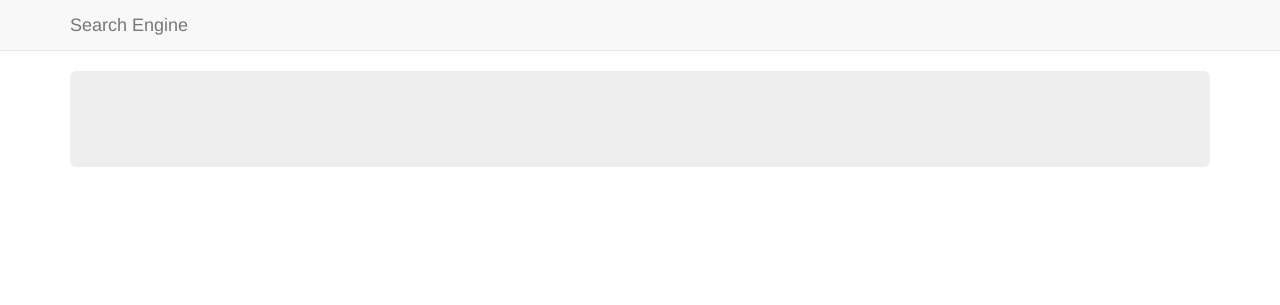
Repository: fallingcoconut/CS121
Page: http://localhost/Webserver/Results.jsp
These files come from the project's save history. The page is drawn as it stood at one moment and after a run of saves; the edit follows.
The browser window is 1280 px wide. The pictures show the whole page.
The page is served by Tomcat 9. Nobody is signed in. The application's start-up code is not run. Other server files are loaded and not shown.

Above is the page before, as saved 2015-06-08 02:49:16.

### Webserver/WebContent/Results.jsp
<%@ page language="java" contentType="text/html; charset=UTF-8"
    pageEncoding="UTF-8"%>
<!DOCTYPE html PUBLIC "-//W3C//DTD HTML 4.01 Transitional//EN" "http://www.w3.org/TR/html4/loose.dtd">
<html>
<head>
<meta http-equiv="Content-Type" content="text/html; charset=UTF-8">
<title>Insert title here</title>
<link rel="stylesheet" href="https://maxcdn.bootstrapcdn.com/bootstrap/3.3.4/css/bootstrap.min.css">
</head>
<body>
	<!--header-->
	<div>
		<nav class="navbar navbar-default navbar-static-top">
			<div class="container">
				<div class="navbar-header">
					<button type="button" class="navbar-toggle collapsed" data-toggle="collapse" data-target="#navbar" aria-expanded="false" aria-controls="navbar">
		            <span class="sr-only">Toggle navigation</span>
		            <span class="icon-bar"></span>
		            <span class="icon-bar"></span>
		            <span class="icon-bar"></span>
		         	</button>
		         	<a class="navbar-brand" href="#">Search Engine</a>
				</div>
			</div>
		</nav>
	</div>

	<div class="container">

	<!-- input box -->
	<div>
	</div>

	<!-- returned results-->
	<div class="jumbotron">
	</div>

	</div>
</body>
</html>

After the next 2 saves:
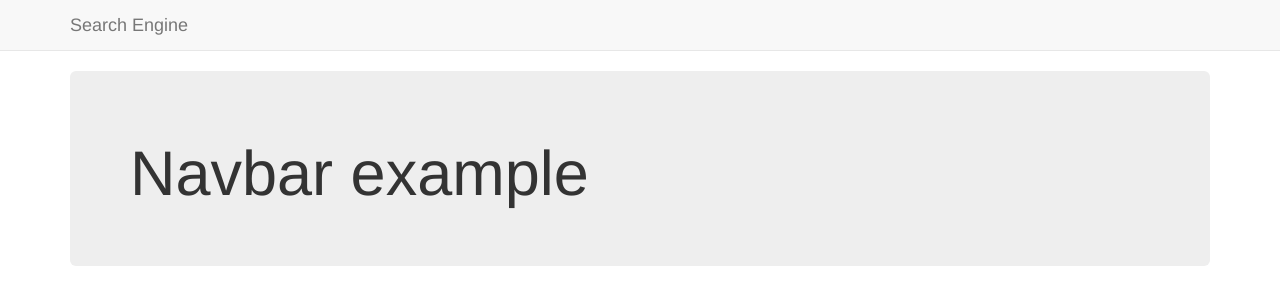
The 2 saves are shown as one change because they came seconds apart.
The last was saved 8 s later.
--- a/Webserver/WebContent/Results.jsp
+++ b/Webserver/WebContent/Results.jsp
@@ -33,6 +33,7 @@
 
 	<!-- returned results-->
 	<div class="jumbotron">
+		<h1>Navbar example</h1>
 	</div>
 
 	</div>
